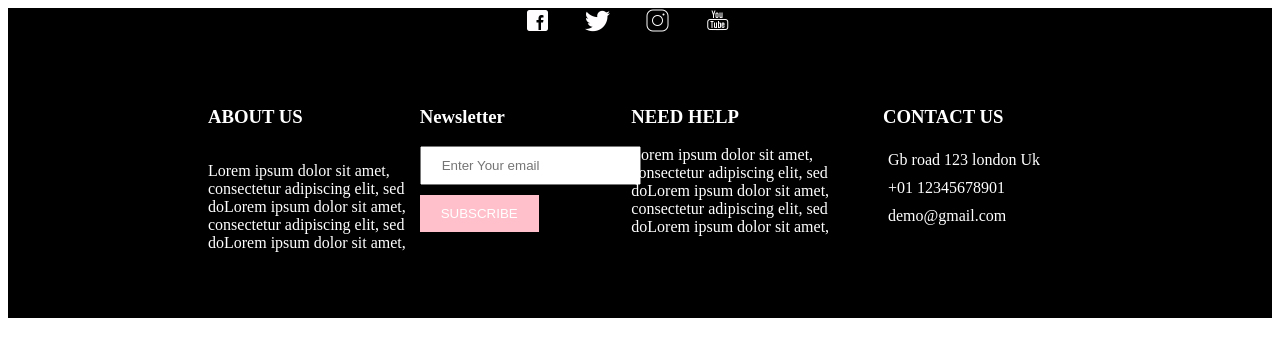
Repository: AVINKUMARP/gifts
Page: demo3.html
The author's editor kept a copy of each file at every save. The page is drawn from the files as they stood at one save, then again after the next save.
The browser window is 1280 px wide. The pictures show the whole page.

Above is the page before, as saved 2023-08-24 15:47:35.

### demo3.html
<!DOCTYPE html>
<html lang="en">
<head>
    <meta charset="UTF-8">
    <meta name="viewport" content="width=device-width, initial-scale=1.0">
    <title>Document</title>
    <style>
        .container2{
            background-color:black;
            color: white;
        }
        .ticon{
            display: flex;
            flex-wrap: wrap;
            gap: 10px;
            justify-content: center;
        }
        .list{
            display: flex;
            flex-wrap: wrap;
        }
        .lone{
            display: flex;
            flex-direction: column;
            flex-wrap: wrap;
            width: 24.5%;
        }
        .ltwo{
            width: 24.5%;
        }
        .lthree{
            width: 24.5%;
        }
        .lfour{
            width: 24.5%;
        }
        .ltwo input{
            padding: 10px 20px;
        }
        .ltwo button{
            background-color:pink;
            color:white;
            padding: 10px 20px;
            border:1px solid pink;
        }
        .lone p{
            text-align: start;
        }
        .lthree p{
            text-align: start;
        }
        .lfour li{
            padding: 5px;
        }
        .but1111{
            padding-top: 10px;
        }
        .list{
            padding: 50px 200px;
        }
    </style>
</head>
<body>
    <div class="container2">
        <div class="ticon">
            <div class="one"><a href="">
                <img src="./images/icons8-facebook-50.png" alt="loading..." width="50%"></a>
            </div>
            <div class="two">
                <img src="./images/icons8-twitter-50.png" alt="loading..."width="50%">
            </div>
            <div class="three">
                <a href=""><img src="./images/icons8-instagram-50.png" alt="loading..." width="50%"></a>
            </div>
            <div class="four">
                <img src="./images/icons8-youtube-50.png" alt="loading..." width="50%">
            </div>
        </div>
        <div class="list">
            <div class="lone">
                <h3>ABOUT US</h3>
                <p>Lorem ipsum dolor sit amet, consectetur adipiscing elit, sed doLorem ipsum dolor sit amet, consectetur adipiscing elit, sed doLorem ipsum dolor sit amet,</p>
            </div>
            <div class="ltwo">
                <h3>
                    Newsletter
                </h3>
                <input type="email" placeholder="Enter Your email">
                <div class="but1111"><button>SUBSCRIBE</button></div>

            </div>
            <div class="lthree">
                <h3>NEED HELP</h3>
                <p>Lorem ipsum dolor sit amet, consectetur adipiscing elit, sed doLorem ipsum dolor sit amet, consectetur adipiscing elit, sed doLorem ipsum dolor sit amet,</p>
            </div>
            <div class="lfour">
                <ul type="none">
                    <h3>CONTACT US</h3>
                    <li>Gb road 123 london Uk</li>
                    <li>+01 12345678901</li>
                    <li>demo@gmail.com</li>
                </ul>
            </div>
        </div>
    </div>
</body>
</html>

After the next save:
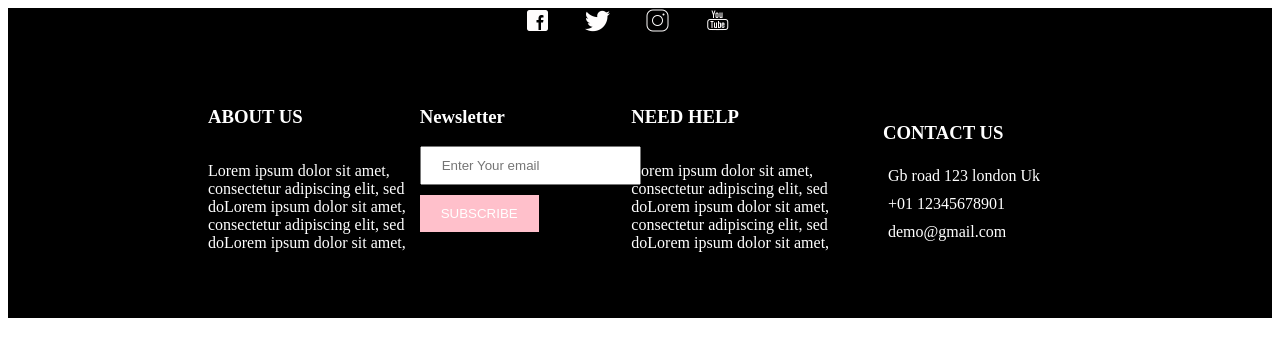
Saved 19 s later.
--- a/demo3.html
+++ b/demo3.html
@@ -26,12 +26,21 @@
             width: 24.5%;
         }
         .ltwo{
+            display: flex;
+            flex-direction: column;
+            flex-wrap: wrap;
             width: 24.5%;
         }
         .lthree{
+            display: flex;
+            flex-direction: column;
+            flex-wrap: wrap;
             width: 24.5%;
         }
         .lfour{
+            display: flex;
+            flex-direction: column;
+            flex-wrap: wrap;
             width: 24.5%;
         }
         .ltwo input{
